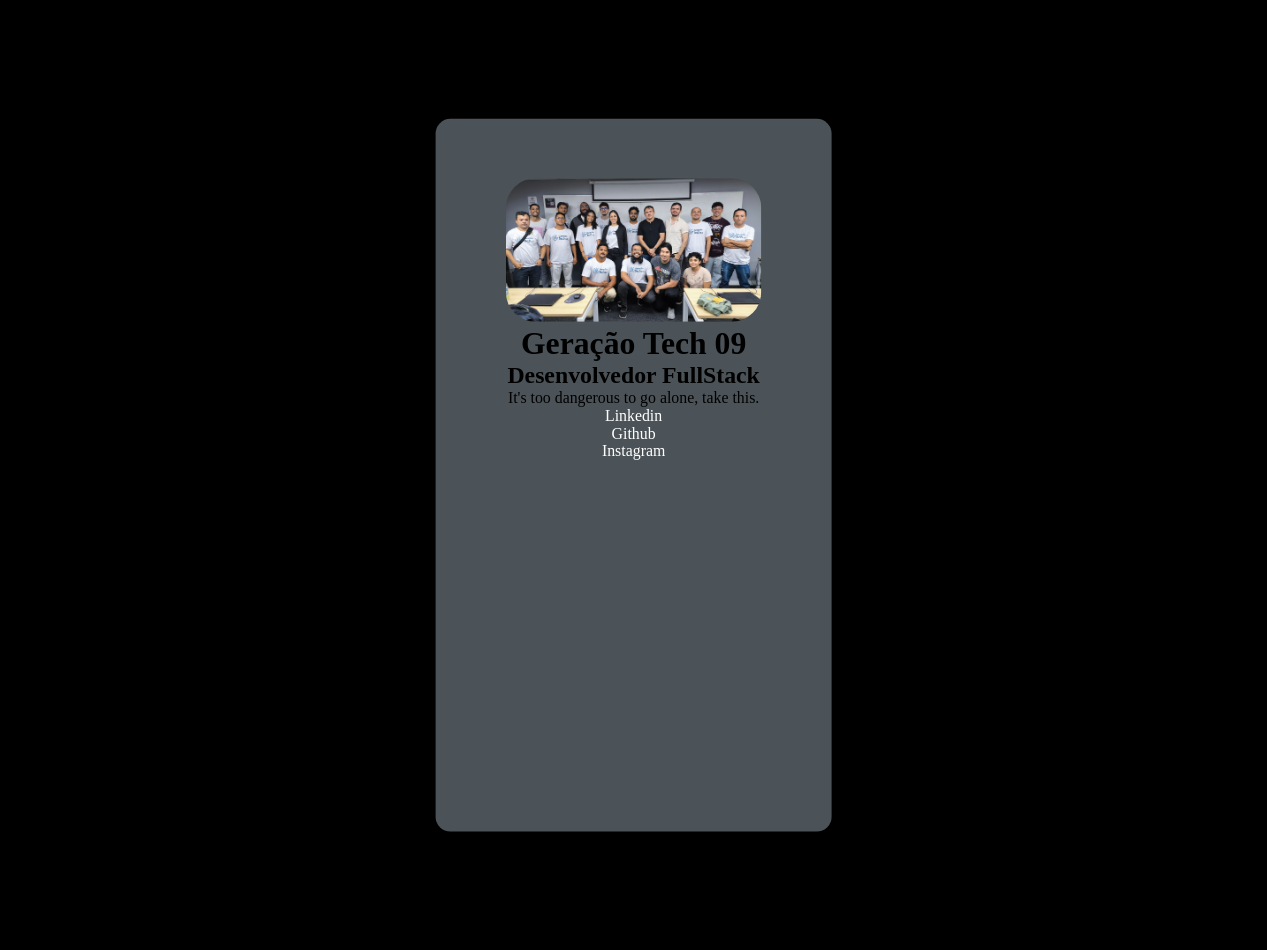
Repository: geracao-09/linktree-gt9
Page: index.html
The author's editor kept a copy of each file at every save. The page is drawn from the files as they stood at one save, then again after the next save.
The browser window is 1280 px wide. The pictures show the whole page, at 99% of full size.

Above is the page before, as saved 2025-04-10 11:47:53.

After the next save:
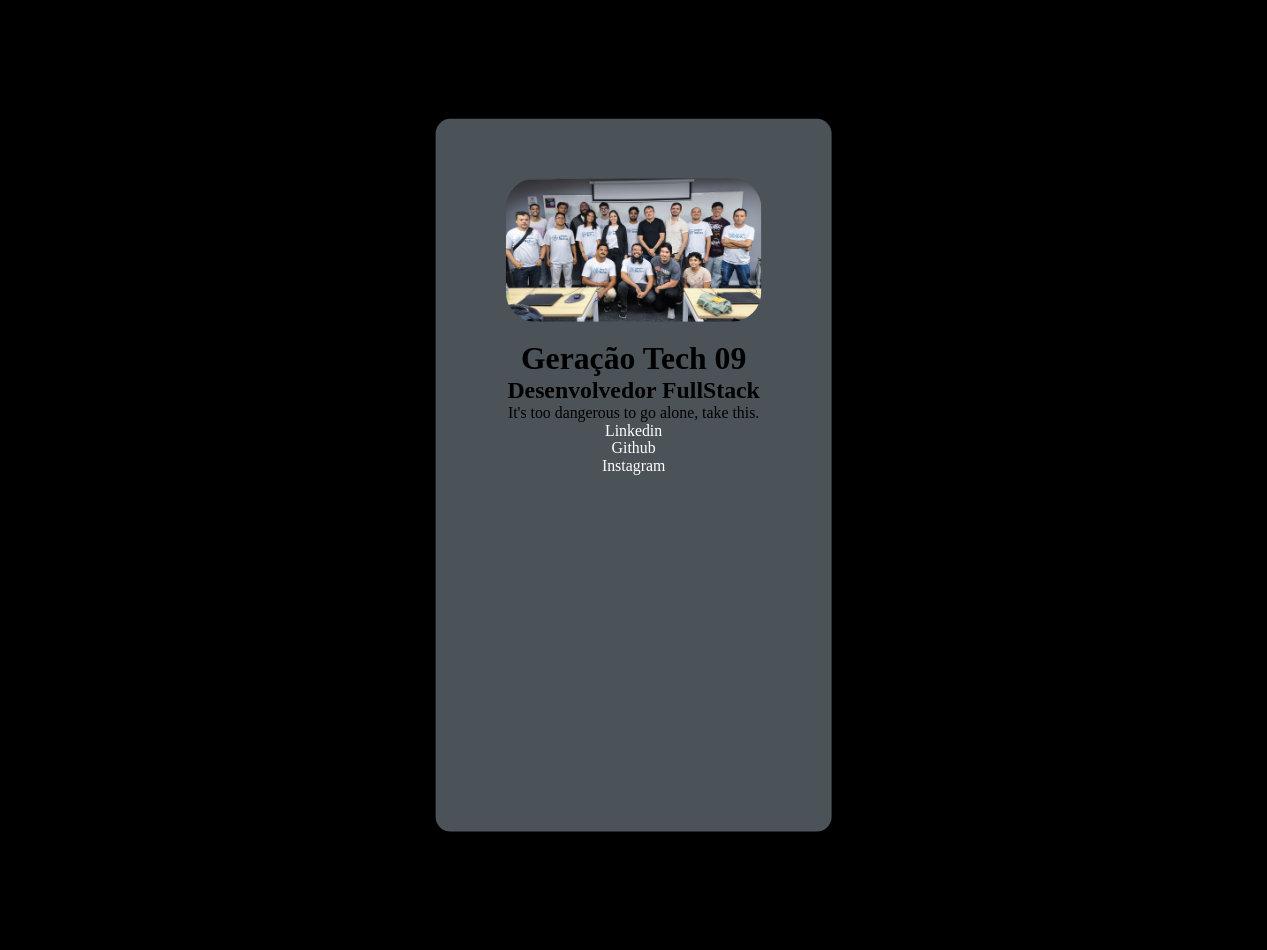
Saved 9 s later.
--- a/style.css
+++ b/style.css
@@ -25,7 +25,7 @@
 }
 
 .container-infos {
-    margin-top: ;
+    margin-top: 15px;
 }
 .container-social ul {
     list-style-type: none;
